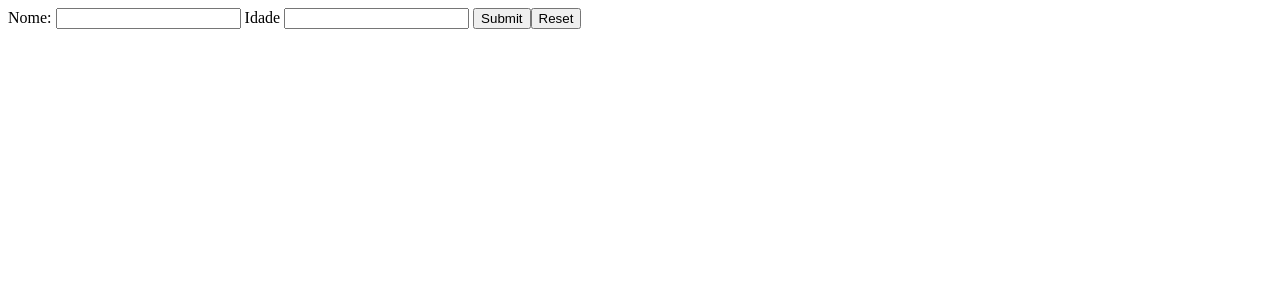
Repository: ViniciusyLima/SpringToolSuite4
Page: http://localhost/aula05/Cadastro.jsp
An editor plug-in stored every save of this project. The page is shown before and after the next save, followed by the edit.
The browser window is 1280 px wide. The pictures show the whole page.
The page is served by Tomcat 9.

Above is the page before, as saved 2023-09-06 12:01:26.

### aula05/src/main/webapp/Cadastro.jsp
<%@ page language="java" contentType="text/html; charset=ISO-8859-1"
    pageEncoding="UTF-8"%>
<!DOCTYPE html>
<html>
<head>
<meta charset="UTF-8">
<title>CADASTRO</title>
</head>
<body>
	<form>
	<label>Nome:</label>
	<input type="text" name="nome" id="nome">
	<label>Idade</label>
	<input type="text" name="idade" id="idade">
	<input type="submit"><input type="reset">
	</form>
</body>
</html>

After the next save:
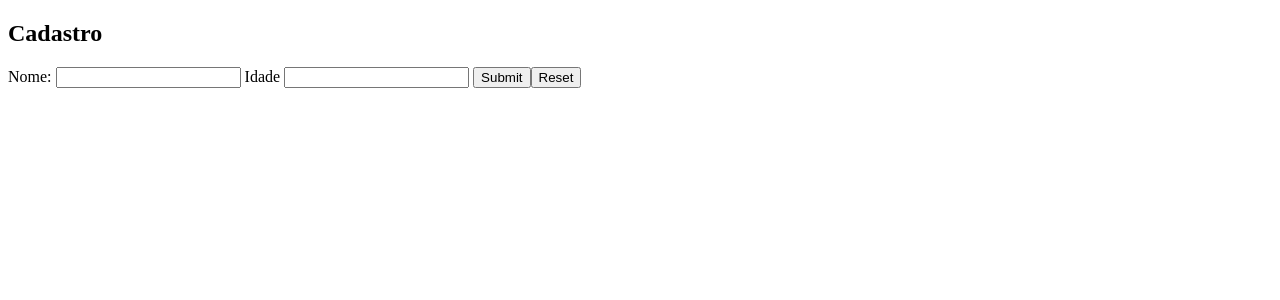
Saved 21 s later.
--- a/aula05/src/main/webapp/Cadastro.jsp
+++ b/aula05/src/main/webapp/Cadastro.jsp
@@ -7,6 +7,7 @@
 <title>CADASTRO</title>
 </head>
 <body>
+<h2>Cadastro</h2>
 	<form>
 	<label>Nome:</label>
 	<input type="text" name="nome" id="nome">
